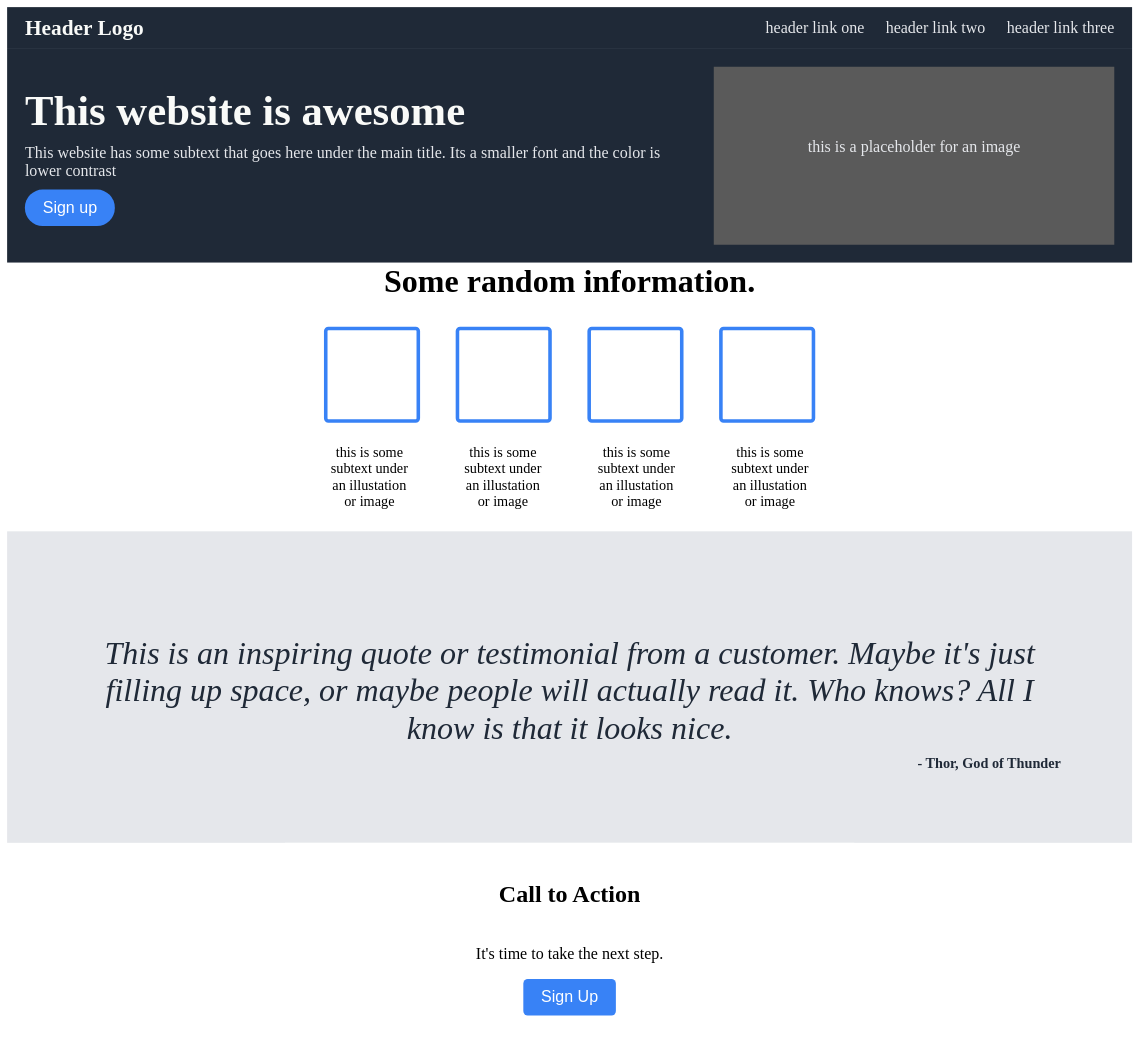
Repository: mnhardy1504/odin-recipes1
Page: flexboxlanding/index.html
The author's editor kept a copy of each file at every save. The page is drawn from the files as they stood at one save, then again after the next save.
The browser window is 1280 px wide. The pictures show the whole page, at 89% of full size.

Above is the page before, as saved 2023-09-13 13:25:29.

### flexboxlanding/index.html
<!DOCTYPE html>
<html>

<head>
    <meta charset="UTF-8">
    <link rel="stylesheet" href="index.css">
</head>

<body>
    <div class="header">
        <div class="header-logo"><strong>Header Logo</strong></div>
        <div class="header-links">
            <a href="#">header link one</a>
            <a href="#">header link two</a>
            <a href="#">header link three</a>
        </div>
    </div>

    <div class="flexbox-section">
        <div class="flexbox-content">
            <h1>This website is awesome</h1>
            <p class="subtext">This website has some subtext that goes here under the main title. Its a smaller font and
                the color is lower contrast</p>
            <button>Sign up</button>
        </div>
        <div class="image-container">
            <div class="image-placeholder">
                <div class="image-text">this is a placeholder for an image</div>
            </div>
        </div>
    </div>

    <div class="random"><strong>Some random information.</strong></div>

    <div class="square-container">
        <div class="square">
            <div class="square-text">
            </div>
        </div>
        <div class="square">
            <div class="square-text">
            </div>
        </div>
        <div class="square">
            <div class="square-text">
            </div>
        </div>
        <div class="square">
            </div>
        </div>
        <div class="text-container">
            <div class="text-box">this is some subtext under an illustation or image</div>
            <div class="text-box">this is some subtext under an illustation or image</div>
            <div class="text-box">this is some subtext under an illustation or image</div>
            <div class="text-box">this is some subtext under an illustation or image</div>
        </div>
    </div>
    <div class="quote-section">
        <p class="quote-text">
            This is an inspiring quote or testimonial from a customer. Maybe it's just filling up space, or maybe people
            will actually read it. Who knows? All I know is that it looks nice.
        </p>
        <div class="quote-author">
            <strong>- Thor, God of Thunder</strong>
        </div>
    </div>

    <div class="call-to-action-box">
        <div class="call-to-action-content">
            <h2>Call to Action</h2>
            <p>It's time to take the next step.</p>
            <button>Sign Up</button>
        </div>
    </div>
</body>

</html>

### flexboxlanding/index.css
.header {
    background-color: #1F2937; /* Header background color */
    color: white; /* Text color inside the header */
    display: flex;
    justify-content: space-between; /* Space between logo and links */
    align-items: center;
    padding: 10px 20px; /* Add padding to the header */
}

.header-logo {
    font-size: 24px;
     color: #f9faf8;
     margin-right: 20px;
}

.header-links a {
    text-decoration: none; /* Remove underlines from links */
    font-size: 18px;
    color: #e5e7eb;
    margin-left: 20px; /* Add spacing between links */
}

.header-links a:hover {
    text-decoration: underline;
}

.flexbox-section {
    background-color: #1F2937; /* Background color for the flexbox section */
    color: #f9faf8; /* Text color inside the flexbox section */
    display: flex;
    justify-content: space-between; /* Space between content and image */
    align-items: center;
    padding: 20px; /* Add padding to the flexbox section */
}

.flexbox-content {
    max-width: 60%; /* Adjust the maximum width of the content */
}

h1 {
    font-size: 48px;
    font-weight: bold; /* Extra-bold */
    margin: 0; /* Remove default margin */
}

.subtext {
    font-size: 18px;
    color: #e5e7eb; /* Subtext color */
    margin: 10px 0; /* Add spacing around subtext */
}

.image-container {
    display: flex;
    align-items: center; /* Vertically align content if needed */
}

.image-placeholder {
    width: 450px;
    height: 200px;
    background-color: #5A5A5A;
}

.image-text {
    font-size: 18px;
    color: #e5e7eb;
    text-align: center;
    padding: 80px;
}

.square-container {
    display: flex;
    justify-content:center;
    align-items: center;
    flex-wrap: wrap;
    background-color: white;
    padding: 10px;
}

.square {
    width: 100px;
    height: 100px;
    background-color: white;
    border: 4px solid #3882F6;
    text-align: center;
    display: flex;
    flex-direction: column;
    justify-content: space-between;
    align-items: center;
    color: white;
    margin: 20px;
    border-radius: 5px;
}

.text-container {
    display: flex;
    justify-content: center;
    align-items: center;
    flex-wrap: wrap;
    margin-top: -30px;
}

.text-box {
    width: 100px;
    text-align: center;
    margin: 25px;
}

.random {
    text-align: center;
    justify-content: center;
    font-size: 36px
}

.quote-section {
    background-color: #e5e7eb;
    padding: 80px;
    text-align: center;
}

.quote-text {
    font-size: 36px;
    font-style: italic;
    color: #1F2937;
    margin-bottom: 10px;
}

.quote-author {
    font-style: light italic;
    color: #1F2937;
    text-align: right;
    font-weight: 800;
}

.call-to-action-box {
    display: flex; /* Use flexbox for layout */
    background-color: white; /* White background for the container */
    padding: 20px;
    width: 600px;
    margin: 0 auto;
}

.call-to-action-content {
    flex-grow: 1; /* Make this div expand to fill the available space */
    display: flex; /* Use flexbox within the container */
    flex-direction: column; /* Stack items vertically */
    align-items: center; /* Center items horizontally */
    justify-content: center; /* Center items vertically */
    max-width: 600px;
    font-size: 18px;
}

/* Style the rectangular blue box */
.call-to-action-content button {
    background-color: #3882F6; /* Blue background for the button */
    color: white;
    padding: 10px 20px;
    border: none;
    border-radius: 5px; /* Rounded corners */
    font-size: 18px;
    cursor: pointer;
}

/* Add hover effect to the button */
.call-to-action-content button:hover {
    background-color: #1F5CFF; /* Darker blue on hover */
}

button {
    background-color: #3882F6;
    color: white;
    padding: 10px 20px;
    border: white;
    border-radius: 20px;
    font-size: 18px;
    cursor: pointer;
    align-items: right;
    text-align: right;
}

button:hover {
    background-color: #3882F6
}

After the next save:
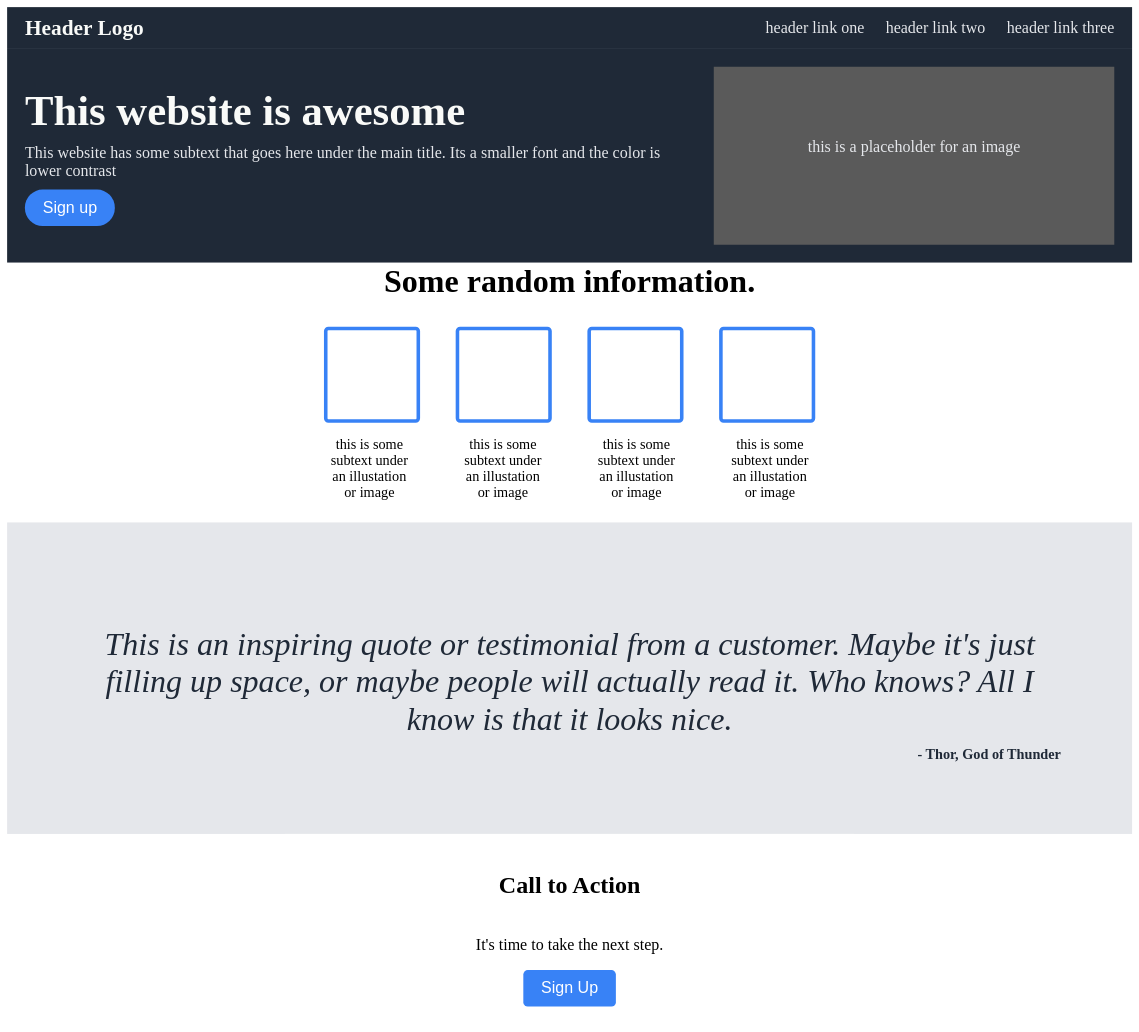
Saved 19 s later.
--- a/flexboxlanding/index.css
+++ b/flexboxlanding/index.css
@@ -96,7 +96,7 @@ h1 {
     justify-content: center;
     align-items: center;
     flex-wrap: wrap;
-    margin-top: -30px;
+    margin-top: -40px;
 }
 
 .text-box {
